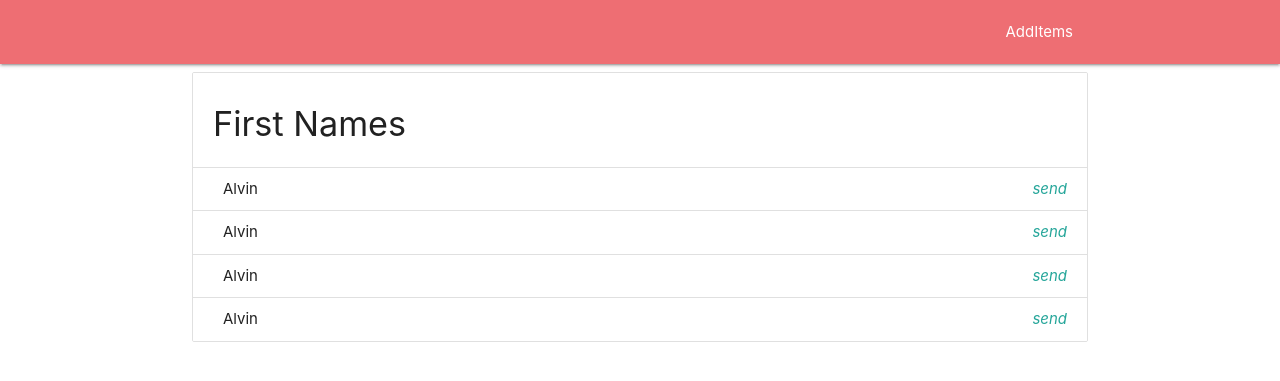
Repository: umarrg/crud-app-ejs-and-nodejs
Page: public/index.html
An editor plug-in stored every save of this project. The page is shown before and after the next save, followed by the edit.
The browser window is 1280 px wide. The pictures show the whole page.

Above is the page before, as saved 2020-12-29 11:37:14.

### public/index.html
<!DOCTYPE html>
<html lang="en">
<head>
    <meta charset="UTF-8">
    <meta name="viewport" content="width=device-width, initial-scale=1.0">
    <link rel="stylesheet" href="https://cdnjs.cloudflare.com/ajax/libs/materialize/1.0.0/css/materialize.min.css">
    <link href="https://fonts.googleapis.com/icon?family=Material+Icons" rel="stylesheet">
    <title></title>
</head>
<body>
    <nav>
        <div class="nav-wrapper container">
          <!-- <a href="#" class="brand-logo">Logo</a> -->
          <ul id="nav-mobile" class="right hide-on-med-and-down">
            <li><a href="http://localhost:9000/additem"> AddItems</a></li>

          </ul>
        </div>
      </nav>
      <div class="container">
        <ul class="collection with-header">
          <li class="collection-header"><h4>First Names</h4></li>
          <li class="collection-item"><div>Alvin<a href="#!" class="secondary-content"><i class="material-icons">send</i></a></div></li>
          <li class="collection-item"><div>Alvin<a href="#!" class="secondary-content"><i class="material-icons">send</i></a></div></li>
          <li class="collection-item"><div>Alvin<a href="#!" class="secondary-content"><i class="material-icons">send</i></a></div></li>
          <li class="collection-item"><div>Alvin<a href="#!" class="secondary-content"><i class="material-icons">send</i></a></div></li>
        </ul>
      </div>

</body>
</html>

After the next save:
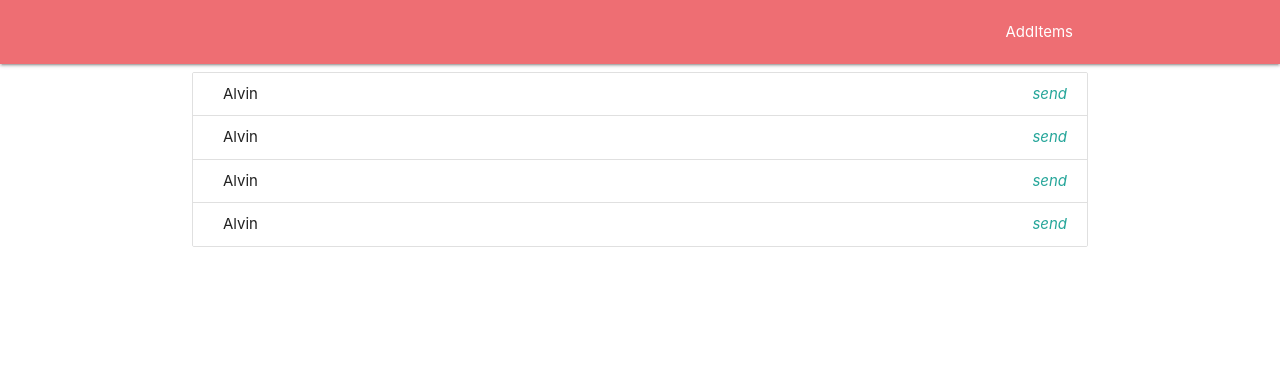
Saved 81 s later.
--- a/public/index.html
+++ b/public/index.html
@@ -19,7 +19,7 @@
       </nav>
       <div class="container">
         <ul class="collection with-header">
-          <li class="collection-header"><h4>First Names</h4></li>
+
           <li class="collection-item"><div>Alvin<a href="#!" class="secondary-content"><i class="material-icons">send</i></a></div></li>
           <li class="collection-item"><div>Alvin<a href="#!" class="secondary-content"><i class="material-icons">send</i></a></div></li>
           <li class="collection-item"><div>Alvin<a href="#!" class="secondary-content"><i class="material-icons">send</i></a></div></li>
